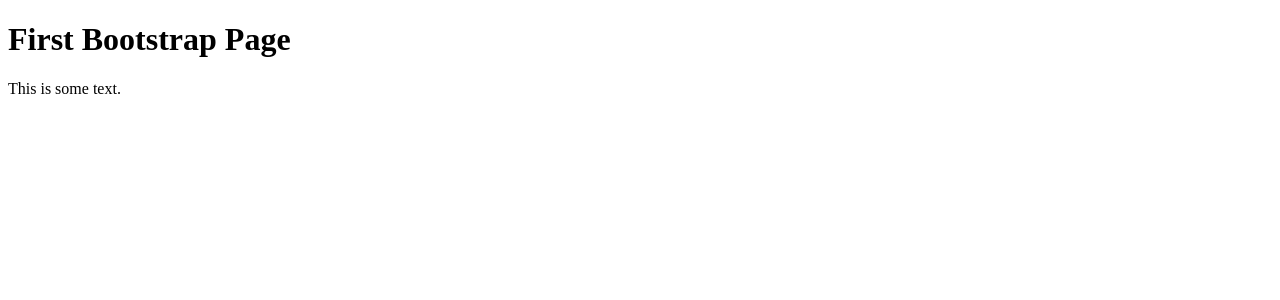
Repository: VladLevishevGIT/MyProjects
Page: Java/GuessTheArtistQuizWeb/WebContent/GuessTheArtist.html
These files come from the project's save history. The page is drawn as it stood at one moment and after the next save; the edit follows.
The browser window is 1280 px wide. The pictures show the whole page.

Above is the page before, as saved 2017-02-12 12:15:09.

After the next save:
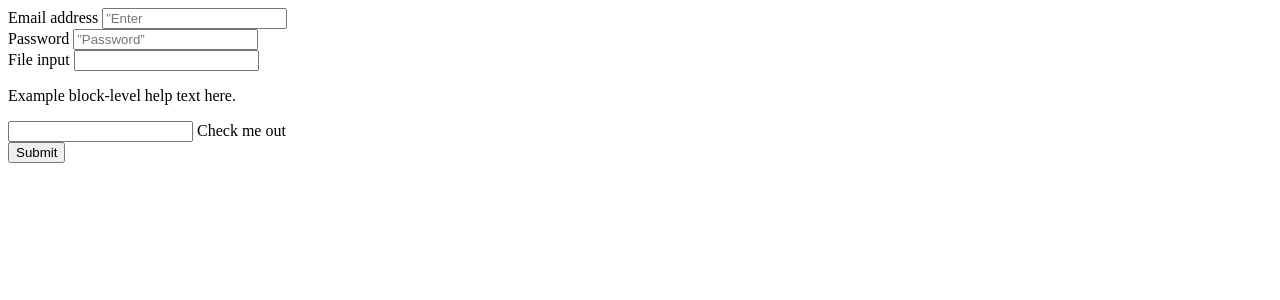
Saved 10 min 28 s later.
--- a/Java/GuessTheArtistQuizWeb/WebContent/GuessTheArtist.html
+++ b/Java/GuessTheArtistQuizWeb/WebContent/GuessTheArtist.html
@@ -9,9 +9,28 @@
 </head>
 <body>
 
-<div class="container-fluid">
-  <h1><span class="label label-success">First Bootstrap Page</span></h1>
-  <p class="label label-danger">This is some text.</p>
+<div class=”container”>
+<form role=”form”>
+<div class=”form-group”>
+<label for=”exampleInputEmail1″>Email address</label>
+<input type=”email” class=”form-control” id=”exampleInputEmail1″ placeholder=”Enter email”>
+</div>
+<div class=”form-group”>
+<label for=”exampleInputPassword1″>Password</label>
+<input type=”password” class=”form-control” id=”exampleInputPassword1″ placeholder=”Password”>
+</div>
+<div class=”form-group”>
+<label for=”exampleInputFile”>File input</label>
+<input type=”file” id=”exampleInputFile”>
+<p class=”help-block”>Example block-level help text here.</p>
+</div>
+<div class=”checkbox”>
+<label>
+<input type=”checkbox”> Check me out
+</label>
+</div>
+<button type=”submit” class=”btn btn-default”>Submit</button>
+</form>
 </div>
 
 </body>

After the save that followed:
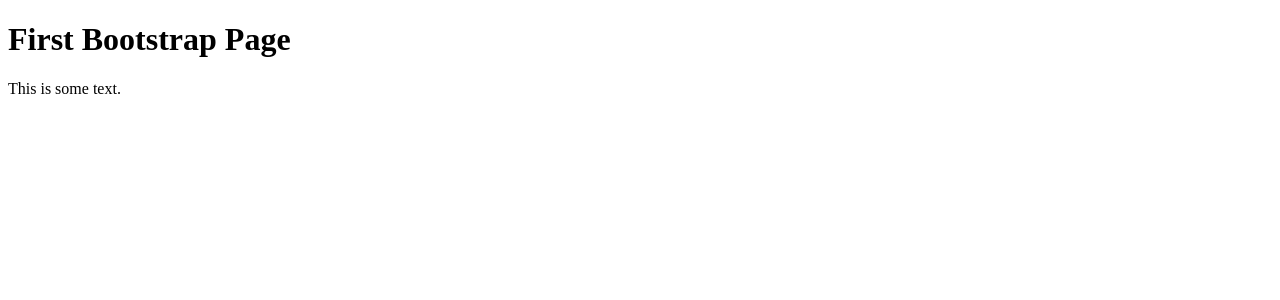
Saved 21 s later.
--- a/Java/GuessTheArtistQuizWeb/WebContent/GuessTheArtist.html
+++ b/Java/GuessTheArtistQuizWeb/WebContent/GuessTheArtist.html
@@ -9,28 +9,9 @@
 </head>
 <body>
 
-<div class=”container”>
-<form role=”form”>
-<div class=”form-group”>
-<label for=”exampleInputEmail1″>Email address</label>
-<input type=”email” class=”form-control” id=”exampleInputEmail1″ placeholder=”Enter email”>
-</div>
-<div class=”form-group”>
-<label for=”exampleInputPassword1″>Password</label>
-<input type=”password” class=”form-control” id=”exampleInputPassword1″ placeholder=”Password”>
-</div>
-<div class=”form-group”>
-<label for=”exampleInputFile”>File input</label>
-<input type=”file” id=”exampleInputFile”>
-<p class=”help-block”>Example block-level help text here.</p>
-</div>
-<div class=”checkbox”>
-<label>
-<input type=”checkbox”> Check me out
-</label>
-</div>
-<button type=”submit” class=”btn btn-default”>Submit</button>
-</form>
+<div class="container-fluid">
+  <h1><span class="label label-success">First Bootstrap Page</span></h1>
+  <p class="label label-danger">This is some text.</p>
 </div>
 
 </body>
